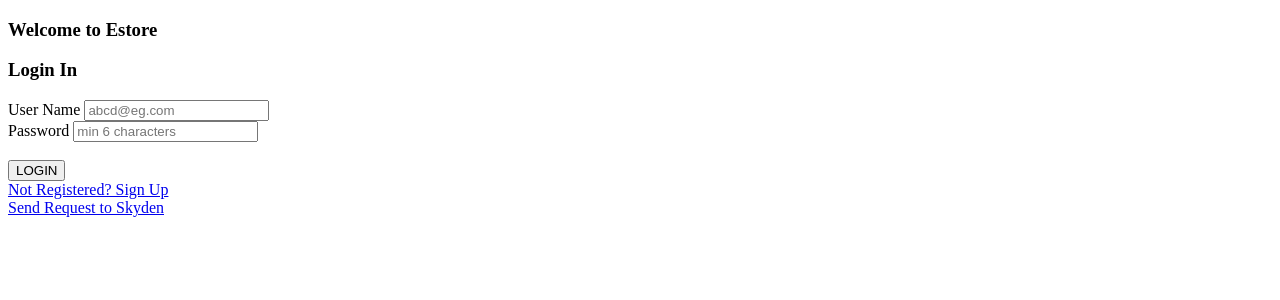
Repository: harshithkandula/Myfirstpractice
Page: Estore/src/main/webapp/index.html
An editor plug-in stored every save of this project. The page is shown before and after the next save, followed by the edit.
The browser window is 1280 px wide. The pictures show the whole page.

Above is the page before, as saved 2024-02-07 09:11:55.

### Estore/src/main/webapp/index.html
<!DOCTYPE html>
<html>
<head>
<meta charset="ISO-8859-1">
<title>Welcome to Servlets</title>
</head>
<body>
     <div>
            <h3>Welcome to Estore</h3>
            <h3>Login In</h3>
            <!--  form action="fctr" method="post" -->
            <form action="hari" method="post">
                <label>User Name</label>
                <input type="text" name="txtemail" placeholder="abcd@eg.com"/><br>
                <label>Password</label>
                <input type="password" name="txtpwd" placeholder="min 6 characters"><br>
                <input type="hidden" value="login" name="txtType"><br>
                <input type="submit" value="LOGIN" ><br>
                <a href="register.html">Not Registered? Sign Up</a><br>
                <a href="Home">Send Request to Skyden</a>
                <br>
                <br>

            </form>
     </div>
</body>
</html>

After the next save:
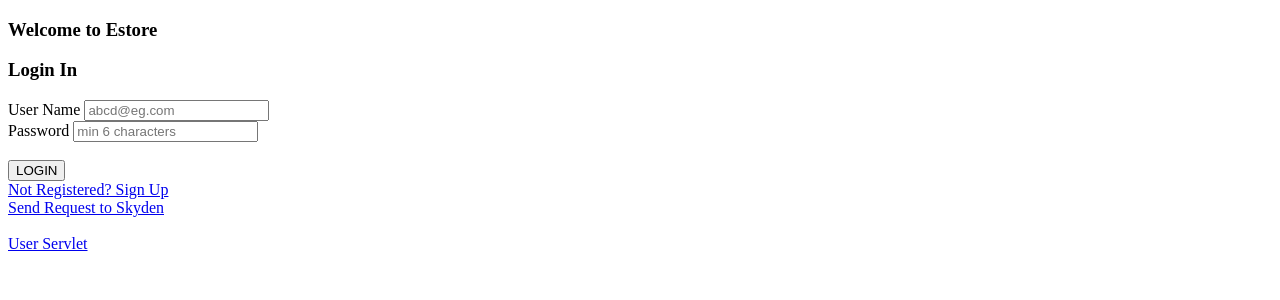
Saved 29 s later.
--- a/Estore/src/main/webapp/index.html
+++ b/Estore/src/main/webapp/index.html
@@ -20,7 +20,7 @@
                 <a href="Home">Send Request to Skyden</a>
                 <br>
                 <br>
-
+                <a href="user">User Servlet</a>
             </form>
      </div>
 </body>
